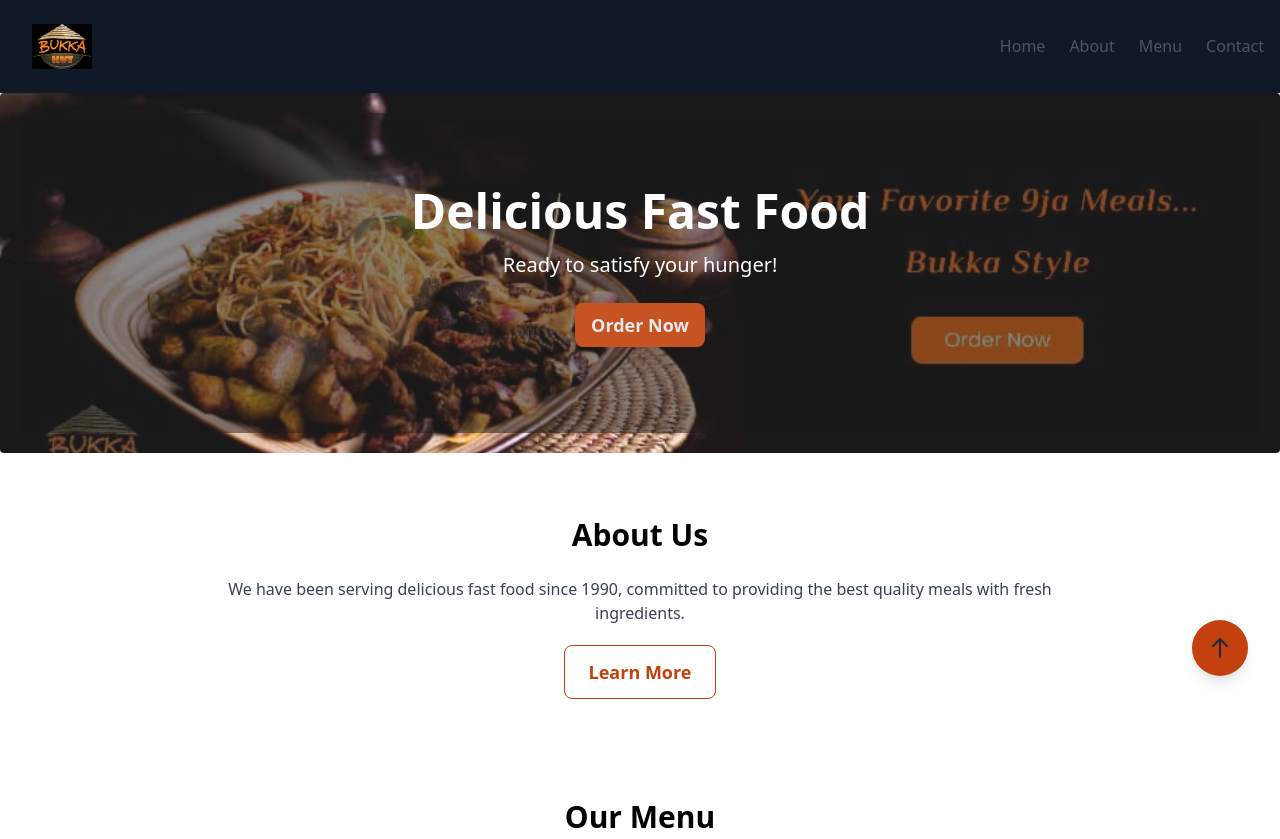
Repository: countaustin1990/BUKKAHUT
Page: INDEX.HTML
These files come from the project's save history. The page is drawn as it stood at one moment and after the next save; the edit follows.
The browser window is 1280 px wide. The pictures show the part of the page from y = 0 to 839 px (the page is 1631 px tall before and 1775 px after).
A picture or video elsewhere on the page could not be fetched, so the positions and the page height are approximate. Some web libraries are served in a nearby version.

Above is the page before, as saved 2024-08-24 14:43:39.

### INDEX.HTML
<!DOCTYPE html>
<html lang="en">
<head>
    <meta charset="UTF-8">
    <meta name="viewport" content="width=device-width, initial-scale=1.0">
    <title>Fast Food Restaurant</title>
    <link rel="stylesheet" href="style.css"/>
    <script src="https://cdn.tailwindcss.com"></script>
    <link rel="stylesheet" href="https://cdnjs.cloudflare.com/ajax/libs/font-awesome/6.0.0-beta3/css/all.min.css">
        <style>
        @keyframes scroll {
            0% {
                transform: translateX(0);
            }
            100% {
                transform: translateX(-200%);
            }
        }

        .animate-scroll {
            display: inline-flex;
            animation: scroll 15s linear infinite;
        }
    </style>
</head>
<body class="font-sans antialiased">
      <!-- Back to Top Button -->
    <button id="backToTop" class="fixed bottom-8 right-8 text-bold bg-orange-700 text-gray-800 p-4 rounded-full shadow-lg hover:bg-orange-600 transition-transform transform hover:scale-110 mb-3">
        <svg xmlns="http://www.w3.org/2000/svg" class="h-6 w-6 text-gray-800 mx-auto" fill="none" viewBox="0 0 24 24" stroke="currentColor" stroke-width="2">
            <path stroke-linecap="round" stroke-linejoin="round" d="M5 10l7-7m0 0l7 7m-7-7v18" />
        </svg> <!-- Upward arrow character -->
    </button>


    <!-- Navigation -->
  <nav class="shadow-md bg-gray-900">
    <div class="container mx-auto px-4 py-2 flex items-center justify-between">
      <div class="text-2xl font-bold text-blue-600">
        <a href="#" class="flex flex-col lg:flex-row items-center lg:space-x-8 p-4">
          <img src="Logo.jpg" alt="Bukka Hut" width="60">
          </a>
      </div>
      <div class="hidden md:flex space-x-6">
        <a href="#" class="text-gray-600 hover:text-blue-600">Home</a>
        <a href="#" class="text-gray-600 hover:text-blue-600">About</a>
        <a href="#" class="text-gray-600 hover:text-blue-600">Menu</a>
        <a href="#" class="text-gray-600 hover:text-blue-600">Contact</a>
      </div>
      <div class="md:hidden">
        <button id="menu-button" class="text-white focus:outline-none">
          <svg xmlns="http://www.w3.org/2000/svg" fill="none" viewBox="0 0 24 24" stroke="currentColor" class="w-6 h-6">
            <path stroke-linecap="round" stroke-linejoin="round" stroke-width="2" d="M4 6h16M4 12h16M4 18h16" />
          </svg>
        </button>
      </div>
    </div>

    <!-- Mobile Menu -->
    <div id="mobile-menu" class="hidden md:hidden bg-gray-900 shadow-md">
      <a href="#" class="block px-4 py-2 text-white hover:bg-orange-600">Home</a>
      <a href="#" class="block px-4 py-2 text-white hover:bg-orange-600">About</a>
      <a href="#" class="block px-4 py-2 text-white hover:bg-orange-600">Menu</a>
      <a href="#" class="block px-4 py-2 text-white hover:bg-orange-600">Contact</a>
    </div>
  </nav>
    <!-- Hero Section -->
    <header id="home" class="bg-cover bg-center h-full p-5 rounded opacity-90 mt5" style="background-image: url('Hero.jpg');">
        <div class="flex flex-col items-center justify-center h-full bg-black bg-opacity-50 text-center text-white w-full">
            <h1 class="text-5xl font-bold mb-4">Delicious Fast Food</h1>
            <p class="text-xl mb-6">Ready to satisfy your hunger!</p>
            <a href="#order" class="bg-orange-700 hover:bg-orange-600 text-gray-200 font-semibold py-2 px-4 rounded-lg text-lg mb-3">Order Now</a>
        </div>
    </header>


        <!-- About Us Section -->
    <section id="about" class="py-16 bg-white">
      <div class="max-w-4xl mx-auto text-center px-4">
        <h2 class="text-3xl font-bold mb-6">About Us</h2>
        <p class="text-gray-700 mb-5">We have been serving delicious fast food since 1990, committed to providing the best quality meals with fresh ingredients.</p>
        <button class="py-3 px-6 rounded-lg border border-orange-700 text-orange-700 hover:bg-orange-600 hover:text-white rounded font-semibold text-lg">
  Learn More
</button>
      </div>
    </section>
                <!-- Repeat similar structure for other menu items -->
            </div>
            </section>
            <div class="overflow-x-auto whitespace-nowrap py-4 bg-white mt-5">
              <h2 class="text-3xl text-center font-bold mb-6">Our Menu</h2>
              <div class="animate-scroll">
                <a href="Menu.html">
                <img src="burger.jpeg" alt="Burger" class="inline-block h-48 mx-2">
                <img src="fries.jpeg" alt="Fries" class="inline-block h-48 mx-2">
                <img src="drink.jpeg" alt="Drink" class="inline-block h-48 mx-2">
                <img src="dessert.jpeg" alt="Dessert" class="inline-block h-48 mx-2">
                <img src="pizza.jpeg" alt="Pizza" class="inline-block h-48 mx-2">
                </a>
                <!-- Repeat images as needed to fill the scroll area -->
              </div>

            </div>






    <!-- Contact Section -->
    <section id="contact" class="py-16 bg-gray-900 text-white">
        <div class="max-w-4xl mx-auto text-center px-4">
            <h2 class="text-3xl font-bold mb-6">Contact Us</h2>
            <form class="space-y-4">
                <input type="text" placeholder="Name" required class="w-full p-3 rounded-lg bg-gray-700 border border-gray-600 focus:outline-none focus:ring-2 focus:ring-yellow-500">
                <input type="email" placeholder="Email" required class="w-full p-3 rounded-lg bg-gray-700 border border-gray-600 focus:outline-none focus:ring-2 focus:ring-yellow-500">
                <textarea placeholder="Message" required class="w-full p-3 rounded-lg bg-gray-700 border border-gray-600 focus:outline-none focus:ring-2 focus:ring-yellow-500"></textarea>
                <button type="submit" class="bg-orange-700 hover:bg-orange-600 text-white py-3 px-6 rounded-lg font-semibold">Send</button>
            </form>
        </div>
        <div class="flex justify-center space-x-4 mt-5 font-bold">
  <a href="https://facebook.com" class="text-blue-600 hover:text-blue-800">
    <i class="fab fa-facebook-f text-2x1"></i>
  </a>
  <a href="https://twitter.com" class="text-blue-400 hover:text-blue-600">
    <i class="fab fa-twitter text-2x1"></i>
  </a>
  <a href="https://instagram.com" class="text-pink-600 hover:text-pink-800">
    <i class="fab fa-instagram text-2x1"></i>
  </a>
  <a href="https://linkedin.com" class="text-blue-700 hover:text-blue-900">
    <i class="fab fa-linkedin-in text-2x1"></i>
  </a>
</div>
    </section>

    <!-- Footer -->
    <footer class="bg-gray-900 text-center text-gray-400 py-4">
        <p>&copy; 2024 Bukka Hut. All rights reserved.</p>
    </footer>

 <script src="main.js"></script>
</body>
</html>

### style.css
/*CSS*/

#backToTop {
  z-index: 1000;
}

#home {
    height: 50svh;
}

Loaded but not shown: main.js (empty)

After the next save:
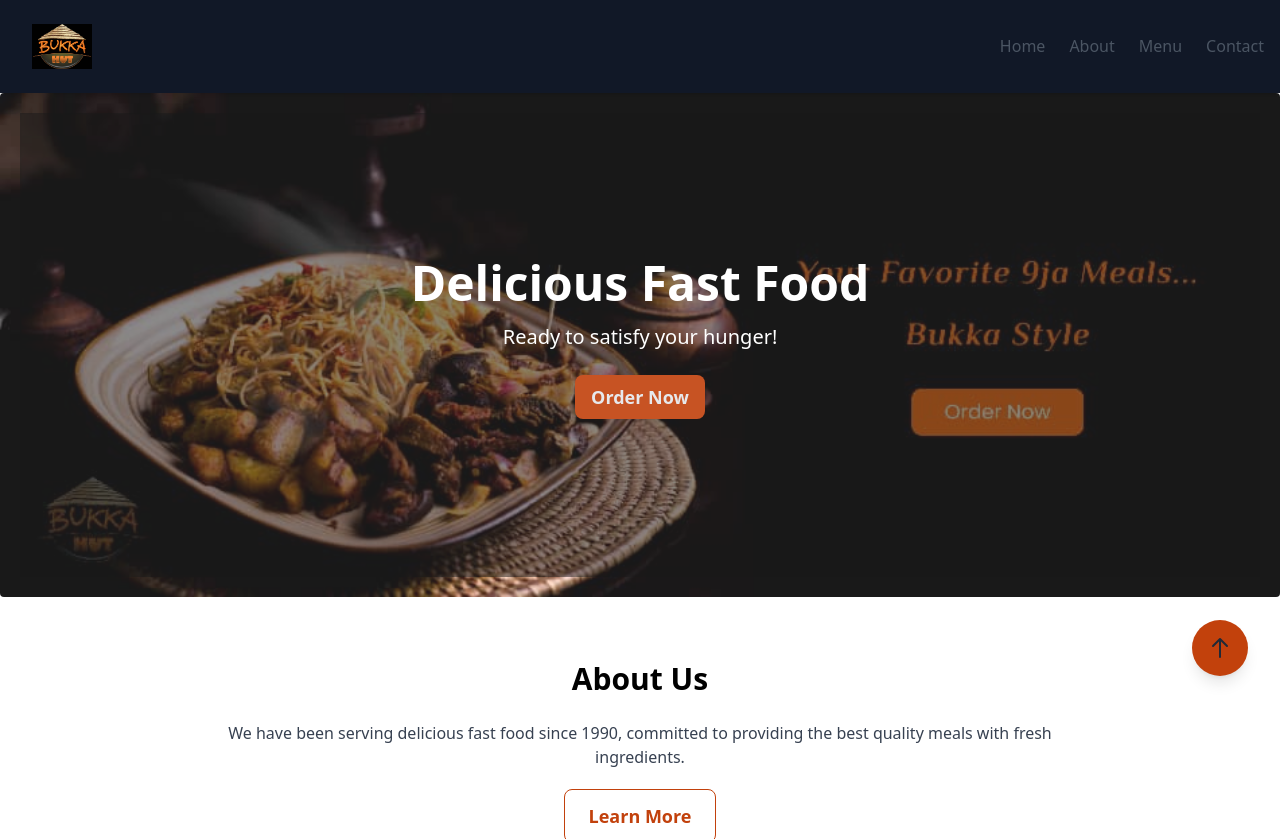
Saved 8 s later.
--- a/style.css
+++ b/style.css
@@ -5,5 +5,5 @@
 }
 
 #home {
-    height: 50svh;
+    height: 70svh;
 }
